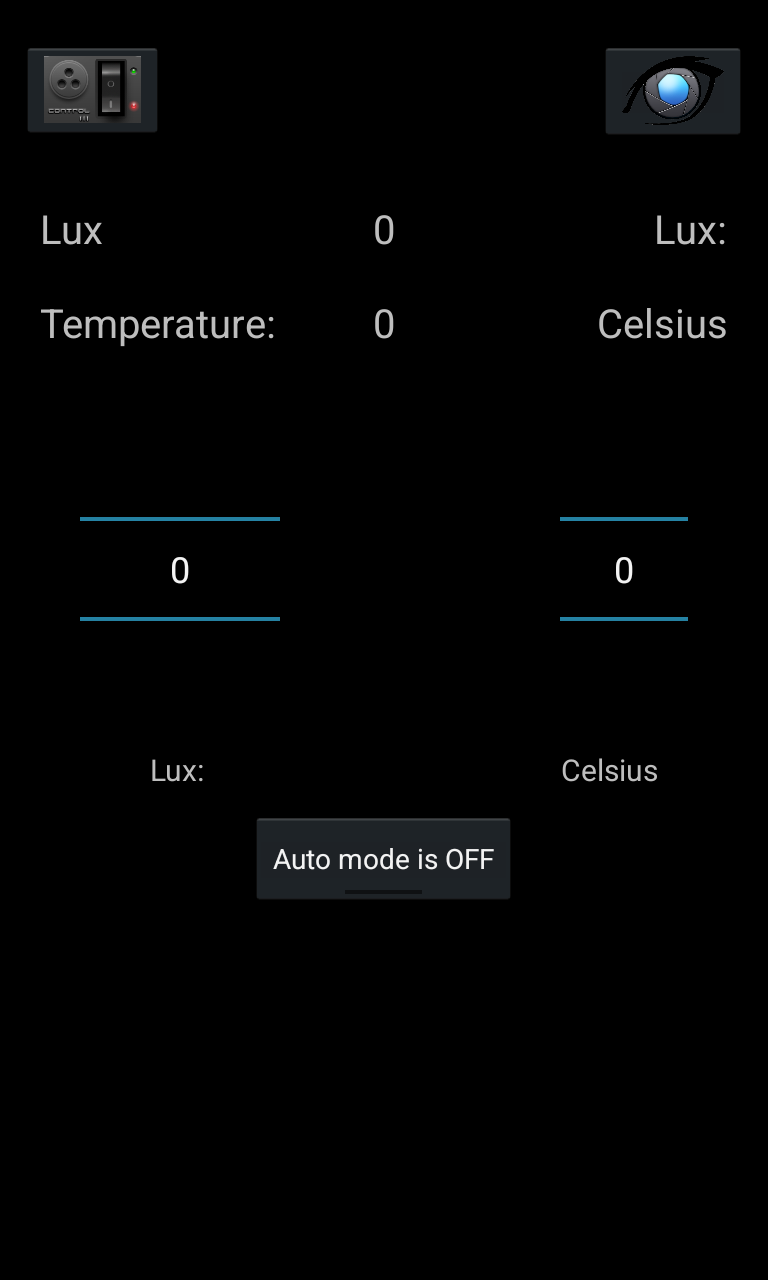
Repository: deanzaka/Shroom_IOIO_OpenCV
Layout: samples/IOIOSimpleApp/res/layout/main.xml
These files come from the project's save history. The layout is drawn as it stood at one moment and after the next save; the edit follows.
It is drawn on a 768 x 1280 px phone screen (xhdpi) without system bars, with theme android:Theme.Holo; the app's code is not run.

Above is the layout before, as saved 2014-06-04 10:10:47.

After the next save:
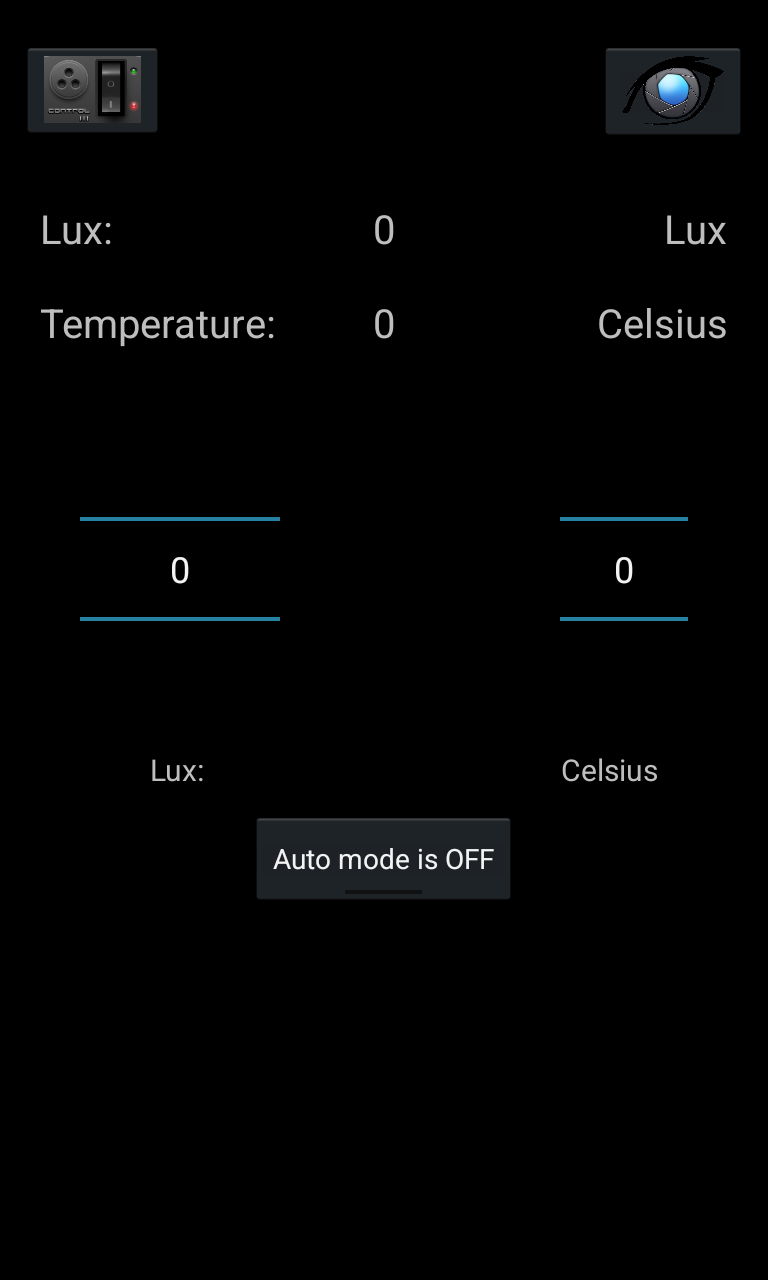
Saved 80 s later.
--- a/samples/IOIOSimpleApp/res/layout/main.xml
+++ b/samples/IOIOSimpleApp/res/layout/main.xml
@@ -47,7 +47,7 @@
 		android:orientation="horizontal"
 		android:paddingTop="20dp">
 		<TextView
-			android:text="@string/inte_label"
+			android:text="@string/lux_label"
 			android:layout_width="wrap_content"
 			android:layout_height="wrap_content"
 			android:layout_alignParentLeft="true"
@@ -64,7 +64,7 @@
 		    android:textSize="20sp" />
 
 		<TextView
-			android:text="@string/lux_label"
+			android:text="@string/inte_label"
 			android:layout_width="wrap_content"
 			android:layout_height="wrap_content"
 			android:layout_alignParentRight="true"
